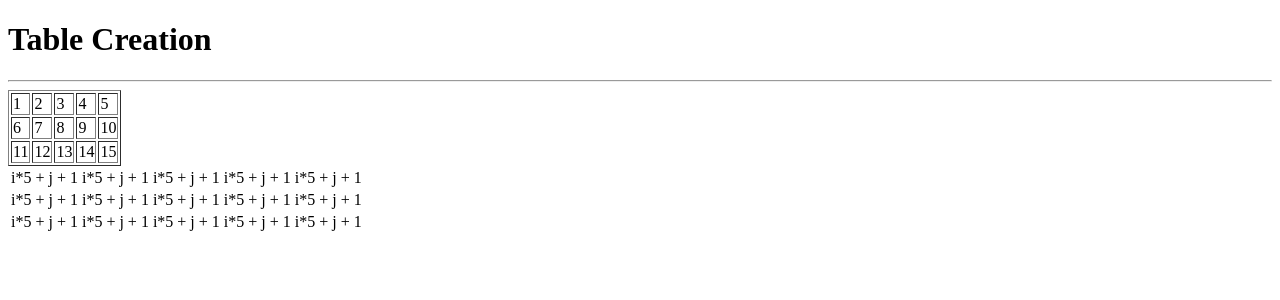
Repository: minjuleee/Server_study
Page: http://localhost/web/04_script_test.jsp
An editor plug-in stored every save of this project. The page is shown before and after the next save, followed by the edit.
The browser window is 1280 px wide. The pictures show the whole page.
The page is served by Tomcat 10. Other server files are loaded and not shown.

Above is the page before, as saved 2025-11-18 13:29:02.

### dev/web/src/main/webapp/04_script_test.jsp
<%@ page language="java" contentType="text/html; charset=UTF-8"
    pageEncoding="UTF-8"%>
<!DOCTYPE html>
<html>
<head>
<meta charset="UTF-8">
<title>Script Test</title>
</head>
<body>
	<h1>Table Creation</h1>
	<hr>
	<!-- Manual Job -->
	<table border="1">
		<tr><td>1</td><td>2</td><td>3</td><td>4</td><td>5</td></tr>
		<tr><td>6</td><td>7</td><td>8</td><td>9</td><td>10</td></tr>
		<tr><td>11</td><td>12</td><td>13</td><td>14</td><td>15</td></tr>
	</table>

	<!-- Using JSP -->
	<table boder="1">
<% 	for(int i=0; i<3; i++){ 		%>
		<tr>
<% 		for(int j=0; j<5;j++){ 			%>
			<td>i*5 + j + 1</td>
<% 		} 								%>
		</tr>
<%	}								%>
	</table>
</body>
</html>

After the next save:
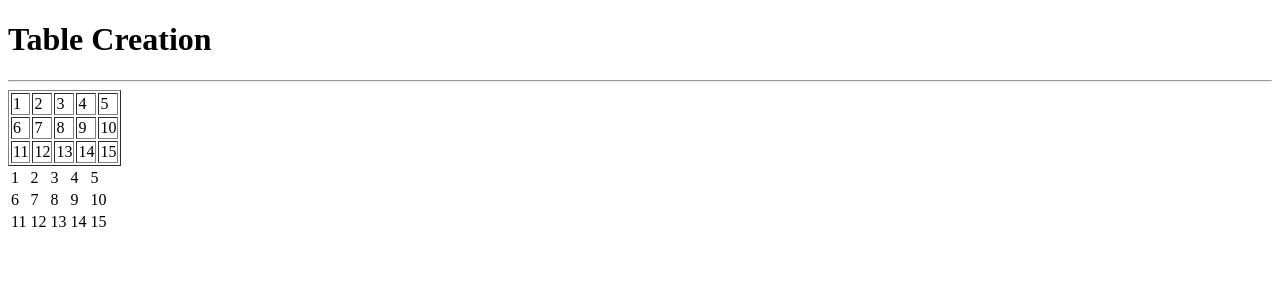
Saved 35 s later.
--- a/dev/web/src/main/webapp/04_script_test.jsp
+++ b/dev/web/src/main/webapp/04_script_test.jsp
@@ -21,7 +21,7 @@
 <% 	for(int i=0; i<3; i++){ 		%>
 		<tr>
 <% 		for(int j=0; j<5;j++){ 			%>
-			<td>i*5 + j + 1</td>
+			<td><%=i*5 + j + 1 %></td>
 <% 		} 								%>
 		</tr>
 <%	}								%>
